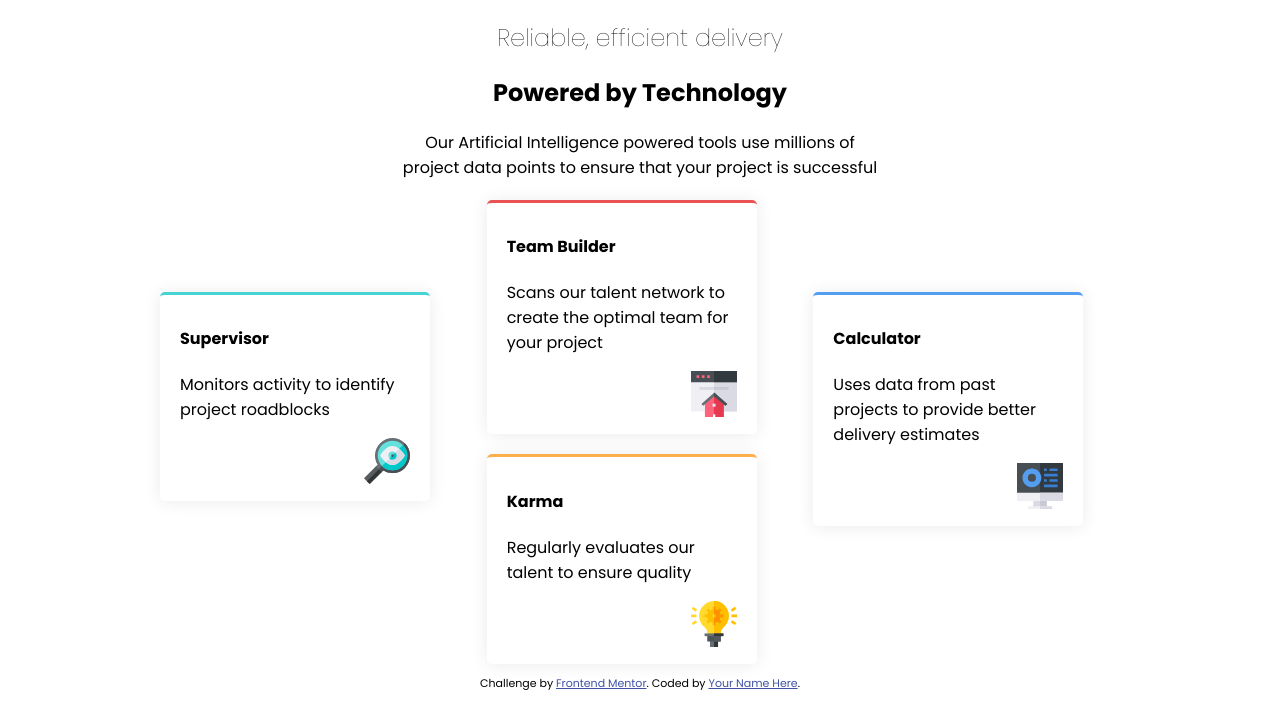
Repository: BuduCE/four-card-feature-section-master
Page: index.html
An editor plug-in stored every save of this project. The page is shown before and after the next save, followed by the edit.
The browser window is 1280 px wide. The pictures show the whole page.

Above is the page before, as saved 2023-06-01 22:48:59.

After the next save:
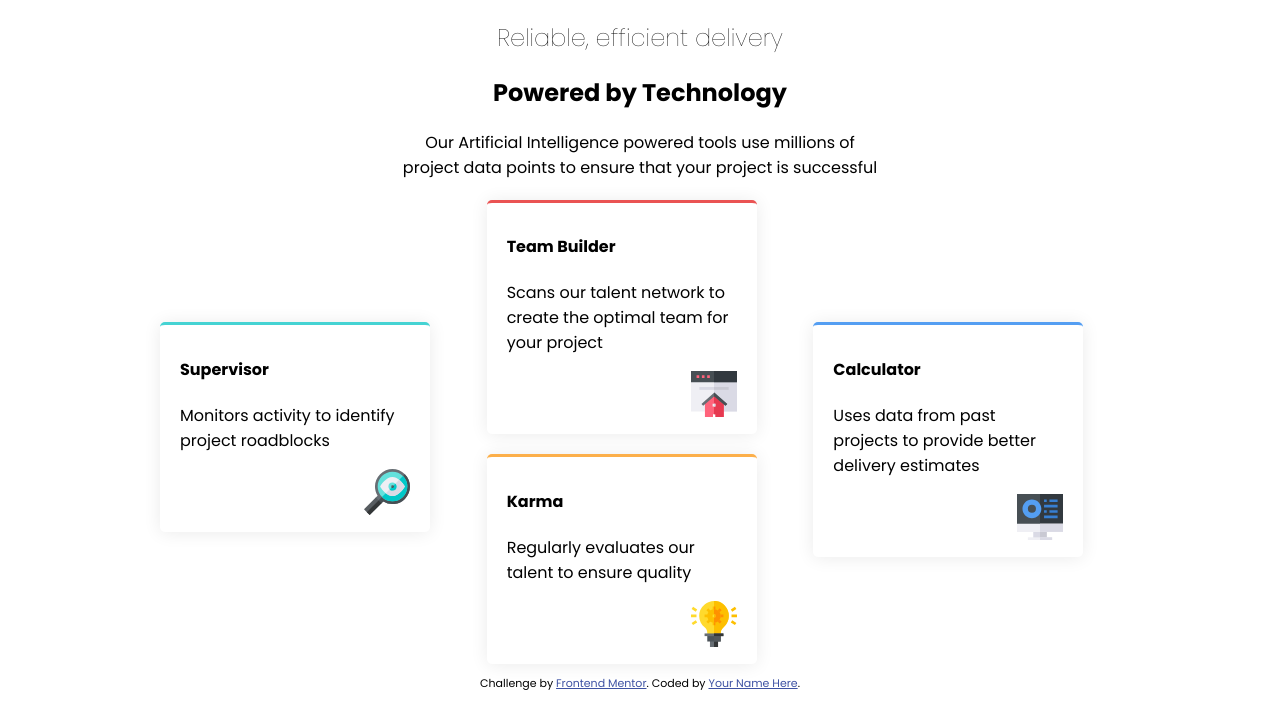
Saved 4 s later.
--- a/styles.css
+++ b/styles.css
@@ -40,7 +40,7 @@ body {
         border-radius: 5px;
 }
 .specialX{
-    margin-top: 30%;
+    margin-top: 40%;
 }
 .special{
     display: flex;
